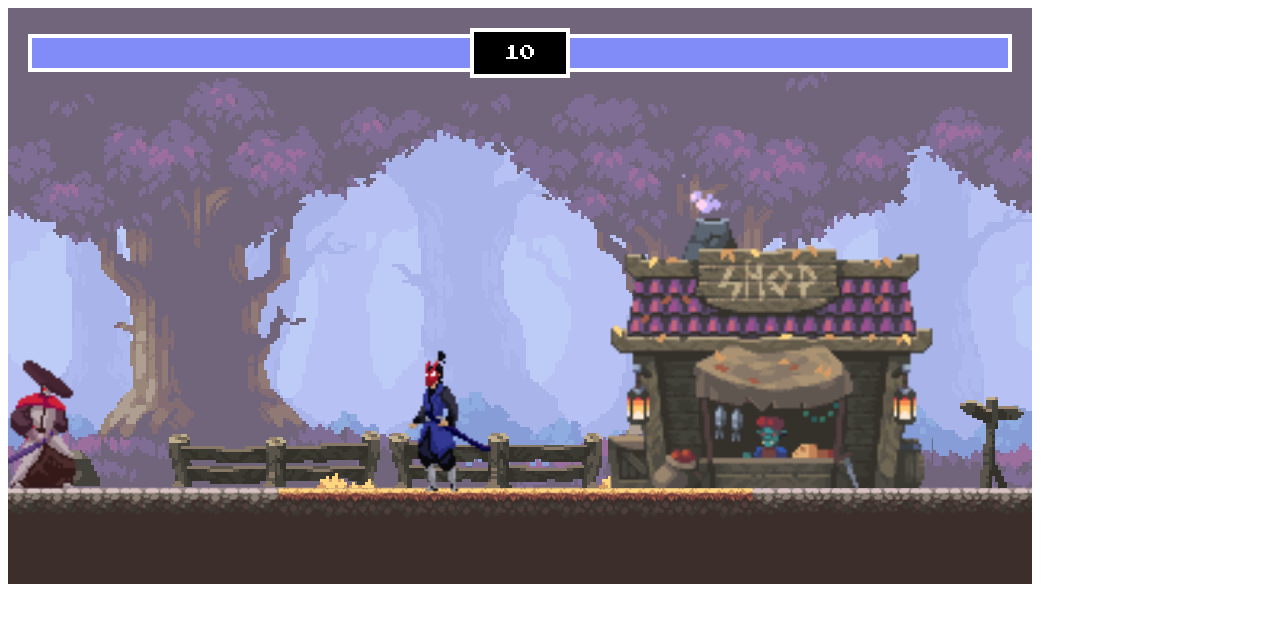
Repository: LuizAGDomingues/js-fighting-game
Page: index.html
An editor plug-in stored every save of this project. The page is shown before and after the next save, followed by the edit.
The browser window is 1280 px wide. The pictures show the whole page.

Above is the page before, as saved 2022-12-20 15:50:45.

After the next save:
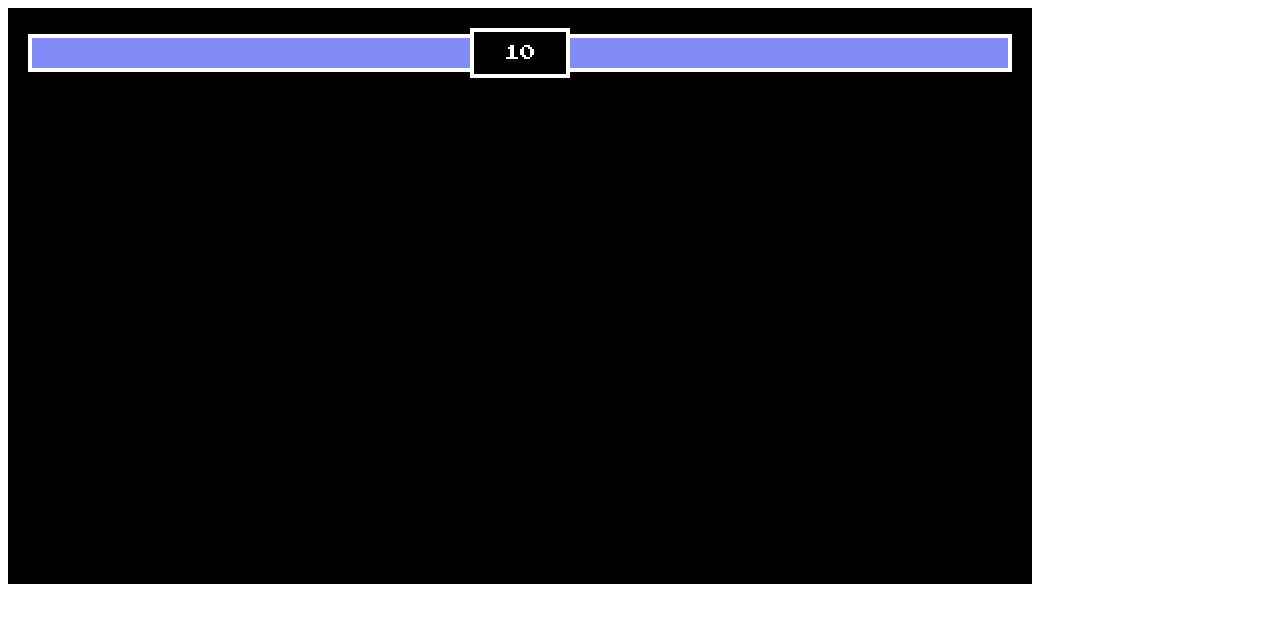
Console error: ReferenceError: decreaseTimer is not defined
Saved 6 s later.
--- a/src/main.js
+++ b/src/main.js
@@ -164,19 +164,8 @@
   }
 }
 
-// Timer actions
-let timer = 10
-let timerId
-function decreaseTimer() {
-  if(timer > 0) {
-    timerId = setTimeout(decreaseTimer, 1000)
-    timer--
-    document.querySelector('#timer').innerHTML = timer
-  }
-  if(timer === 0) {
-    determineWinner({player, enemy, timerId})
-  }
-};
+decreaseTimer();
+
 
 function animate() {
   window.requestAnimationFrame(animate)

After the save that followed:
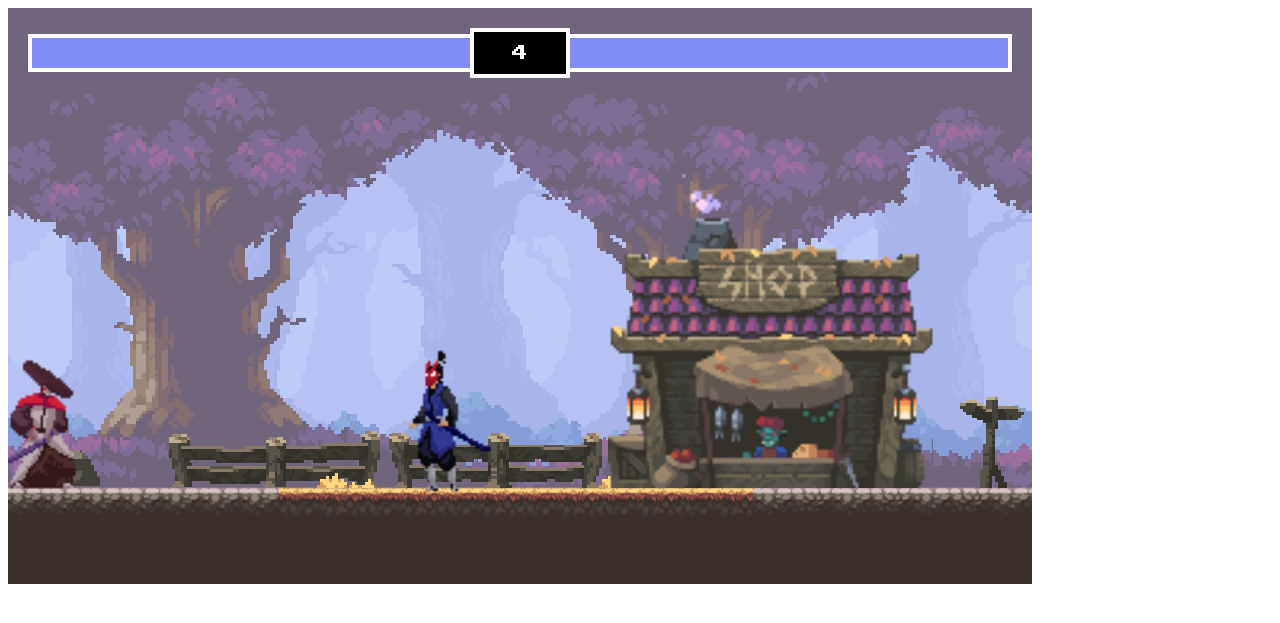
The error is gone.
Saved 3 s later.
--- a/src/utils.js
+++ b/src/utils.js
@@ -18,3 +18,17 @@
     document.querySelector('#displayText').innerHTML = 'Player 2 wins'
   }
 };
+
+// Timer actions
+let timer = 10
+let timerId
+function decreaseTimer() {
+  if(timer > 0) {
+    timerId = setTimeout(decreaseTimer, 1000)
+    timer--
+    document.querySelector('#timer').innerHTML = timer
+  }
+  if(timer === 0) {
+    determineWinner({player, enemy, timerId})
+  }
+};
